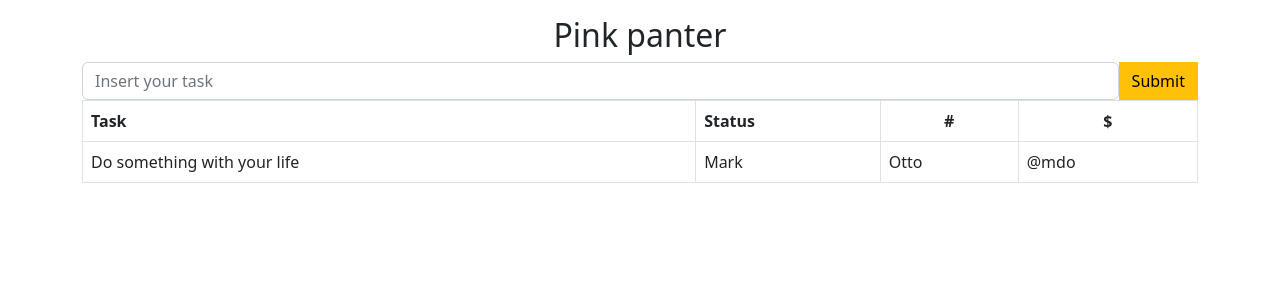
Repository: Wladomax/todo-vue
Page: /
The author's editor kept a copy of each file at every save. The page is drawn from the files as they stood at one save, then again after the next save.
The browser window is 1280 px wide. The pictures show the whole page.
The project was rebuilt for these pictures with package versions that can differ from the ones it lists, and the page was loaded fresh each time. Also part of the build but not shown: vue.config.js.

Above is the page before, as saved 2023-01-01 11:51:01.

After the next save:
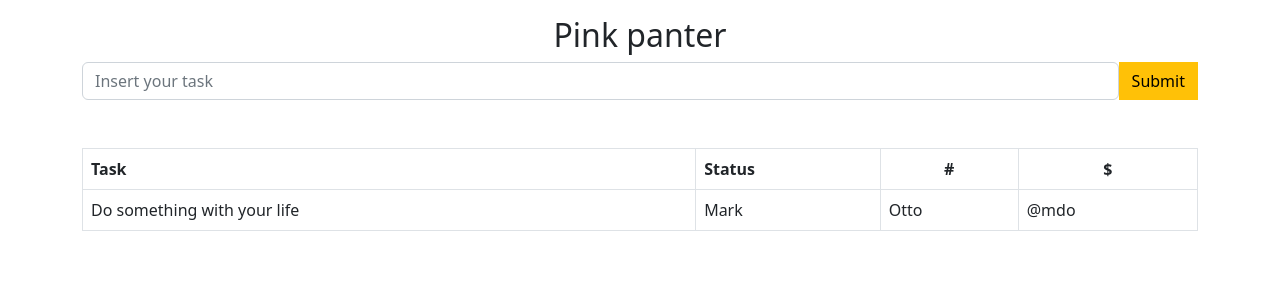
Saved 53 s later.
--- a/src/components/ToDo.vue
+++ b/src/components/ToDo.vue
@@ -9,7 +9,7 @@
     </div>
 
     <!-- Table-->
-    <table class="table table-bordered">
+    <table class="table table-bordered mt-5">
       <thead>
         <tr>
           <th scope="col">Task</th>
